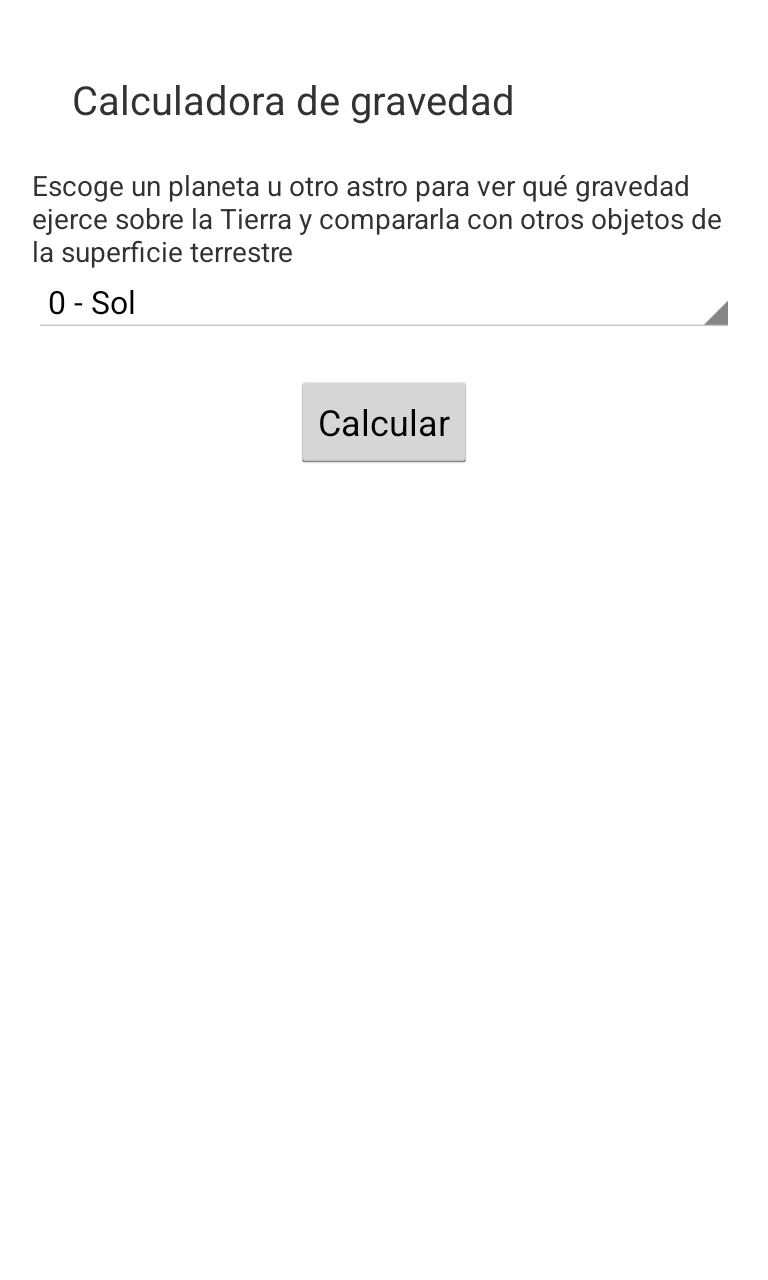
Repository: Jumax9/myPersonalNewton
Layout: MyPersonalNewton/res/layout/activity_main.xml
These files come from the project's save history. The layout is drawn as it stood at one moment and after the next save; the edit follows.
It is drawn on a 768 x 1280 px phone screen (xhdpi) without system bars, with theme AppTheme; the app's code is not run.

Above is the layout before, as saved 2014-03-15 01:24:42.

### MyPersonalNewton/res/layout/activity_main.xml
<RelativeLayout xmlns:android="http://schemas.android.com/apk/res/android"
    xmlns:tools="http://schemas.android.com/tools"
    android:layout_width="match_parent"
    android:layout_height="match_parent"
    android:paddingBottom="@dimen/activity_vertical_margin"
    android:paddingLeft="@dimen/activity_horizontal_margin"
    android:paddingRight="@dimen/activity_horizontal_margin"
    android:paddingTop="@dimen/activity_vertical_margin"
    tools:context=".MainActivity" >

    <LinearLayout
        android:layout_width="fill_parent"
        android:layout_height="wrap_content"
        android:layout_alignParentTop="True"
        android:orientation="vertical" >

        <TextView
            android:layout_width="fill_parent"
            android:layout_height="wrap_content"
            android:padding="20dp"
            android:text="@string/calculadora"
            android:textSize="20sp" >
        </TextView>

        <TextView
            android:layout_width="wrap_content"
            android:layout_height="wrap_content"
            android:text="@string/astro" />

        <Spinner
            android:id="@+id/spinnerPlanets"
            android:layout_width="fill_parent"
            android:layout_height="wrap_content"
            android:entries="@array/planet_array"
            android:prompt="@string/planet_prompt" />

        <!-- <EditText -->
        <!-- android:id="@+id/planetaNum" -->
        <!-- android:layout_width="fill_parent" -->
        <!-- android:layout_height="wrap_content" -->
        <!-- android:inputType="number" -->
        <!-- android:maxLength="6" > -->


        <!-- <requestFocus /> -->
        <!-- </EditText> -->

        <Button
            android:id="@+id/calcular"
            android:layout_width="wrap_content"
            android:layout_height="wrap_content"
            android:layout_gravity="center"
            android:layout_margin="20dp"
            android:text="@string/calcular" />
    </LinearLayout>

</RelativeLayout>

### MyPersonalNewton/res/values/strings.xml
<?xml version="1.0" encoding="utf-8"?>
<resources>

    <string name="app_name">My Gravity</string>
    <string name="action_settings">Settings</string>
    <string name="hello_world">Hello world!</string>
    <string name="calculadora">Calculadora de gravedad</string>
    <string name="invitacion">Introduce la altitud sobre el nivel del mar a la que se encuentra</string>
    <string name="calcular">Calcular</string>
    <string name="resultado">Resultado</string>
    <string name="jupiter">Jupiter</string>
    <string name="astro">Escoge un planeta u otro astro para ver qué gravedad ejerce sobre la Tierra y compararla con otros objetos de la superficie terrestre</string>
    <string name="planet_prompt">Elige un astro</string>

    <string-array name="planet_array">
        <item>0 - Sol</item>
        <item>1 - Mercurio</item>
        <item>2 - Venus</item>
        <item>3 - La Luna</item> 63581581
        <item>4 - Marte</item>
        <item>5 - Júpiter</item>
        <item>6 - Saturno</item>
        <item>7 - Urano</item>
        <item>8 - Neptuno</item>
    </string-array>

    <string name="ooparts_prompt">Elige una comparación</string>

    <string-array name="ooparts_array">
        <item>Aneto</item>
        <item>Calvitero</item>
        <item>Mulhacén</item>
        <item>Peña Trevinca</item>
        <item>Pica d\'Estats</item>
        <item>Teide</item>
        <item>Teleno</item>
    </string-array>

</resources>

Loaded but not shown: MyPersonalNewton/res/values/styles.xml (common file); MyPersonalNewton/res/values-v11/styles.xml (common file); MyPersonalNewton/res/values-v14/styles.xml (common file); MyPersonalNewton/res/values/dimens.xml (common file)

After the next save:
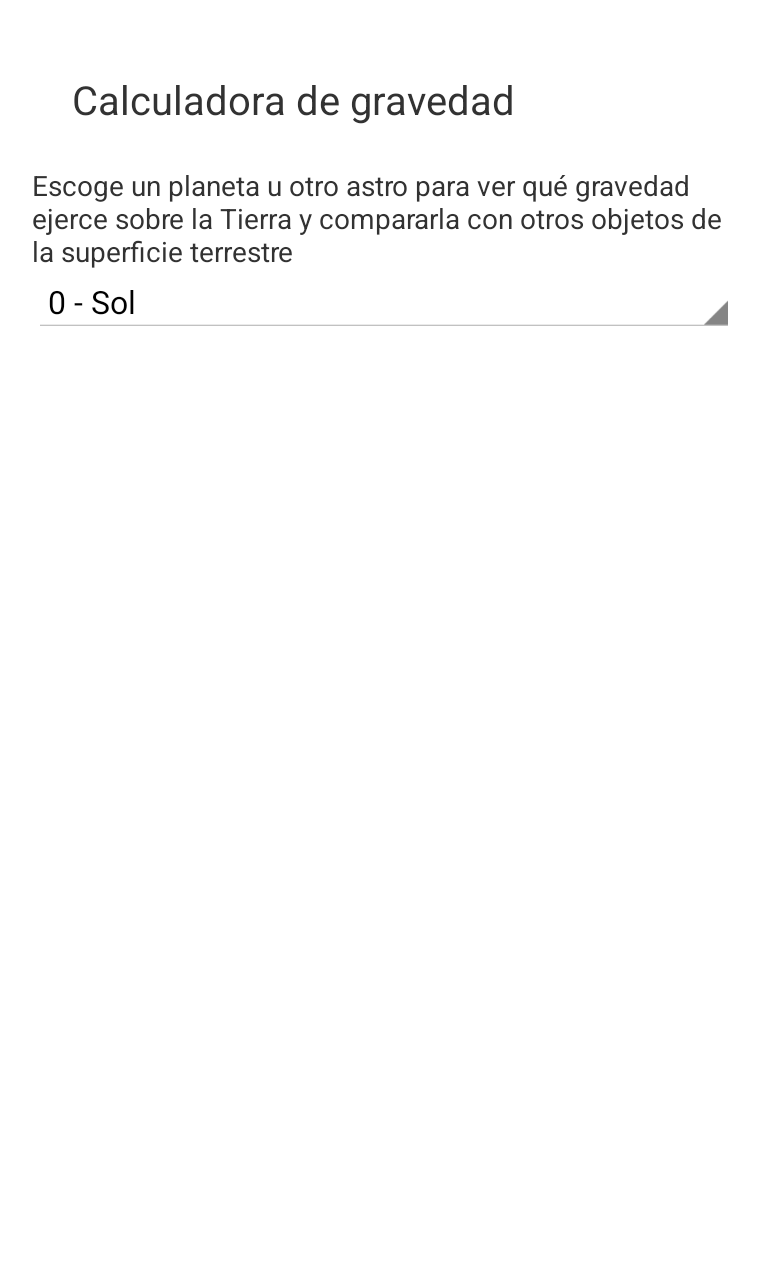
Saved 42 s later.
--- a/MyPersonalNewton/res/layout/activity_main.xml
+++ b/MyPersonalNewton/res/layout/activity_main.xml
@@ -45,13 +45,13 @@
         <!-- <requestFocus /> -->
         <!-- </EditText> -->
 
-        <Button
-            android:id="@+id/calcular"
-            android:layout_width="wrap_content"
-            android:layout_height="wrap_content"
-            android:layout_gravity="center"
-            android:layout_margin="20dp"
-            android:text="@string/calcular" />
+<!--         <Button -->
+<!--             android:id="@+id/calcular" -->
+<!--             android:layout_width="wrap_content" -->
+<!--             android:layout_height="wrap_content" -->
+<!--             android:layout_gravity="center" -->
+<!--             android:layout_margin="20dp" -->
+<!--             android:text="@string/calcular" /> -->
     </LinearLayout>
 
 </RelativeLayout>
